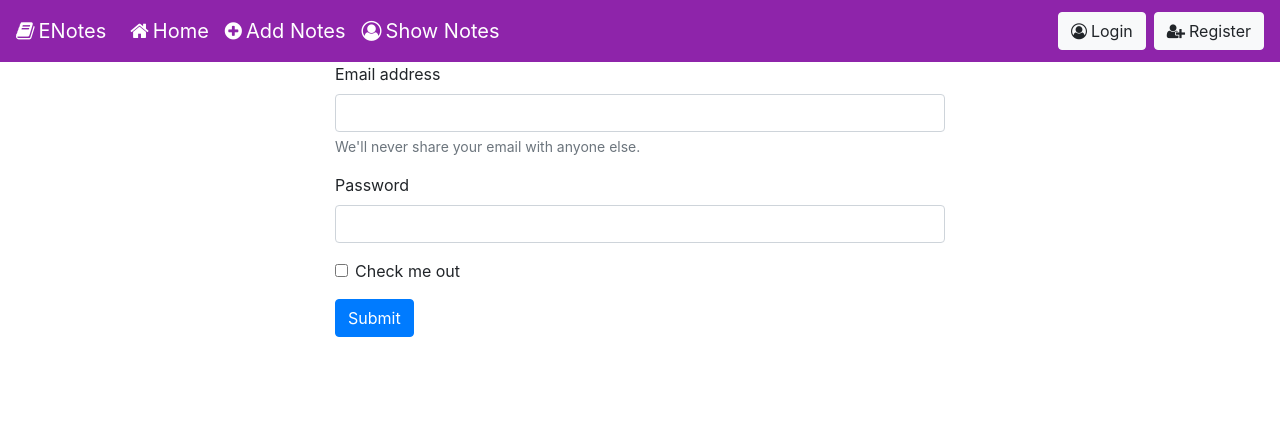
Repository: Bansal140899/eclipse-workspace
Page: http://localhost/ENotesProject/register.jsp
These files come from the project's save history. The page is drawn as it stood at one moment and after the next save; the edit follows.
The browser window is 1280 px wide. The pictures show the whole page.
The page is served by Tomcat 9. Other server files are loaded and not shown.

Above is the page before, as saved 2025-12-21 21:47:41.

### ENotesProject/src/main/webapp/register.jsp
<%@ page language="java" contentType="text/html; charset=UTF-8"
	pageEncoding="UTF-8"%>
<!DOCTYPE html PUBLIC "-//W3C//DTD HTML 4.01 Transitional//EN" "http://www.w3.org/TR/html4/loose.dtd">
<html>
<head>
<meta http-equiv="Content-Type" content="text/html; charset=UTF-8">
<title>Register Page</title>
</head>
<body>
	<%@include file="All_Component/allcss.jsp"%>
	<%@include file="All_Component/navbar.jsp"%>
	<div class="container-fluid">
		<div class="row">
			<div class="col-md-6 offset-md-3">


				<form>
					<div class="form-group">
						<label for="exampleInputEmail1">Email address</label> <input
							type="email" class="form-control" id="exampleInputEmail1"
							aria-describedby="emailHelp"> <small id="emailHelp"
							class="form-text text-muted">We'll never share your email
							with anyone else.</small>
					</div>
					<div class="form-group">
						<label for="exampleInputPassword1">Password</label> <input
							type="password" class="form-control" id="exampleInputPassword1">
					</div>
					<div class="form-group form-check">
						<input type="checkbox" class="form-check-input" id="exampleCheck1">
						<label class="form-check-label" for="exampleCheck1">Check
							me out</label>
					</div>
					<button type="submit" class="btn btn-primary">Submit</button>
				</form>

			</div>

		</div>


	</div>
</body>
</html>

### ENotesProject/src/main/webapp/All_Component/allcss.jsp
<link rel="stylesheet"
	href="https://cdn.jsdelivr.net/npm/bootstrap@4.6.2/dist/css/bootstrap.min.css"
	integrity="sha384-xOolHFLEh07PJGoPkLv1IbcEPTNtaed2xpHsD9ESMhqIYd0nLMwNLD69Npy4HI+N"
	crossorigin="anonymous">

<link rel="stylesheet"
	href="https://cdnjs.cloudflare.com/ajax/libs/font-awesome/4.7.0/css/font-awesome.min.css">
<link rel="stylesheet" href="css/style.css">

<script
	src="https://cdn.jsdelivr.net/npm/jquery@3.5.1/dist/jquery.slim.min.js"
	integrity="sha384-DfXdz2htPH0lsSSs5nCTpuj/zy4C+OGpamoFVy38MVBnE+IbbVYUew+OrCXaRkfj"
	crossorigin="anonymous"></script>
<script
	src="https://cdn.jsdelivr.net/npm/popper.js@1.16.1/dist/umd/popper.min.js"
	integrity="sha384-9/reFTGAW83EW2RDu2S0VKaIzap3H66lZH81PoYlFhbGU+6BZp6G7niu735Sk7lN"
	crossorigin="anonymous"></script>
<script
	src="https://cdn.jsdelivr.net/npm/bootstrap@4.6.2/dist/js/bootstrap.min.js"
	integrity="sha384-+sLIOodYLS7CIrQpBjl+C7nPvqq+FbNUBDunl/OZv93DB7Ln/533i8e/mZXLi/P+"
	crossorigin="anonymous"></script>

### ENotesProject/src/main/webapp/All_Component/navbar.jsp
<nav class="navbar navbar-expand-lg navbar-dark bg-custom navbar-custom">
  <a class="navbar-brand" href="#"><i class="fa fa-book mr-1" aria-hidden="true"></i>ENotes</a>
  <button class="navbar-toggler" type="button" data-toggle="collapse" data-target="#navbarSupportedContent" aria-controls="navbarSupportedContent" aria-expanded="false" aria-label="Toggle navigation">
    <span class="navbar-toggler-icon"></span>
  </button>

  <div class="collapse navbar-collapse" id="navbarSupportedContent">
    <ul class="navbar-nav mr-auto">
      <li class="nav-item active">
        <a class="nav-link" href="#"><i class="fa fa-home mr-1" aria-hidden="true"></i>Home <span class="sr-only">(current)</span></a>
      </li>
      <li class="nav-item">
        <a class="nav-link" href="#"><i class="fa fa-plus-circle mr-1" aria-hidden="true"></i>Add Notes</a>
      </li>

      <li class="nav-item">
        <a class="nav-link"><i class="fa fa-user-circle-o mr-1" aria-hidden="true"></i>Show Notes</a>
      </li>
    </ul>

      <button class="btn btn-light my-2 my-sm-0 mr-2" type="submit"><i class="fa fa-user-circle-o mr-1" aria-hidden="true"></i>Login</a>
      <button class="btn btn-light my-2 my-sm-0" type="submit"><i class="fa fa-user-plus mr-1" aria-hidden="true"></i>Register</a>

  </div>
</nav>

### ENotesProject/src/main/webapp/css/style.css
.bg-custom{
	background:#8e24aa;
}
.navbar .nav-item .nav-link{
	font-size:20px;
	color:white;
}

.navbar-custom .nav-item:hover .nav-link{
	background:white;
	color:black;
    border-radius:10px;
}

After the next save:
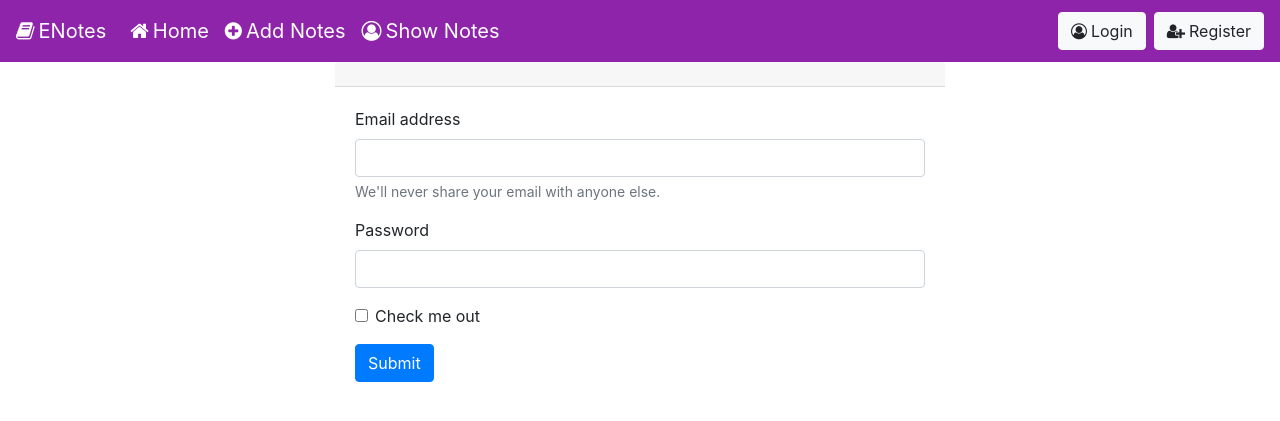
Saved 85 s later.
--- a/ENotesProject/src/main/webapp/register.jsp
+++ b/ENotesProject/src/main/webapp/register.jsp
@@ -14,6 +14,8 @@
 			<div class="col-md-6 offset-md-3">
 
 
+				<div class="card-header"></div>
+				<div class="card-body">
 				<form>
 					<div class="form-group">
 						<label for="exampleInputEmail1">Email address</label> <input
@@ -34,6 +36,9 @@
 					<button type="submit" class="btn btn-primary">Submit</button>
 				</form>
 
+
+				</div>
+
 			</div>
 
 		</div>
